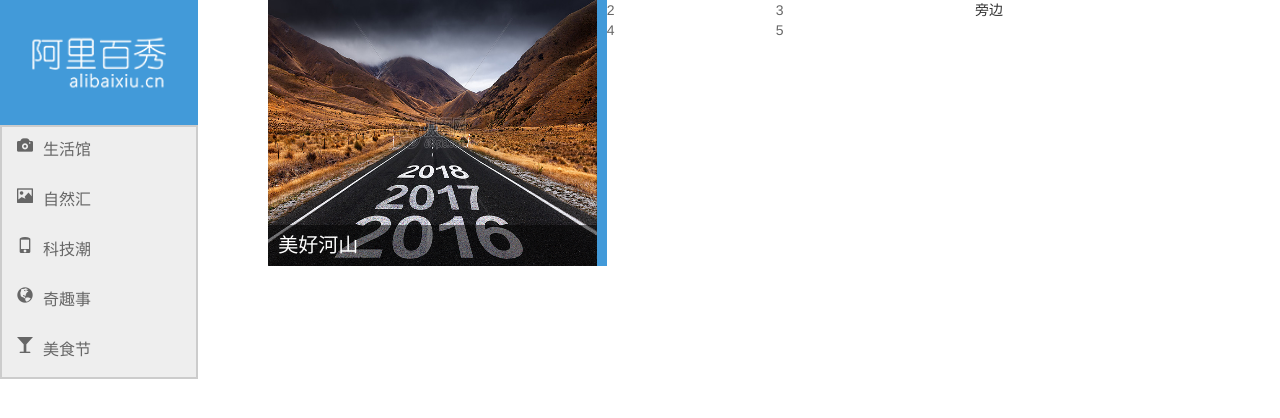
Repository: zhangwen001208/bootstrap-demo
Page: index.html
These files come from the project's save history. The page is drawn as it stood at one moment and after the next save; the edit follows.
The browser window is 1280 px wide. The pictures show the whole page.

Above is the page before, as saved 2022-09-08 10:58:09.

### index.html
<!DOCTYPE html>
<html lang="en">
<head>
    <meta charset="UTF-8">
    <meta http-equiv="X-UA-Compatible" content="IE=edge">
    <meta name="viewport" content="width=device-width, initial-scale=1.0">
    <link rel="stylesheet" href="./bootstrap/css/bootstrap.min.css">
    <link rel="stylesheet" href="./css/index.css">

    <title>Document</title>
</head>
<body>
    <div class="container">
        <div class="row">
            <header class="col-md-2">
                <div class="logo">
                    <img src="./images/logo.png" alt="">
                </div>
                <div class="nav">
                    <ul class="nav flex-column">
                        <li class="nav-item">
                          <a class="nav-link active glyphicon glyphicon-camera" href="#">生活馆</a>
                        </li>
                        <li class="nav-item">
                          <a class="nav-link glyphicon glyphicon-picture" href="#">自然汇</a>
                        </li>
                        <li class="nav-item">
                          <a class="nav-link glyphicon glyphicon-phone" href="#">科技潮</a>
                        </li>
                        <li class="nav-item">
                          <a class="nav-link glyphicon glyphicon-globe ">奇趣事</a>
                        </li>
                        <li class="nav-item">
                            <a class="nav-link glyphicon glyphicon-glass">美食节</a>
                          </li>
                      </ul>
                </div>

            </header>
            <article class="col-md-7">
              <ul class="item">
                <li>
                    <a href="">
                    <img src="./images/news-1.jpg" alt="">
                    <p>美好河山</p>
                    </a>
            </li>
                <li><a href="">2</a></li>
                <li><a href="">3</a></li>
                <li><a href="">4</a></li>
                <li><a href="">5</a></li>
              </ul>

            </article>
            <aside class="col-md-3">
                旁边

            </aside>



        </div>
    </div>

</body>
</html>

### css/index.css

 @media screen and (min-width: 1280px) {
    .container {
        width: 1280px
    }

 }
 ul>li {
    list-style: none;
    text-decoration: none;
 }
 a {
    color: #666;
 }
 a:hover {
    text-decoration: none;
 }
 p{
    margin-bottom: 0;
 }





 header {
    padding-left: 0 !important;

 }
 .logo {
    background-color: #429ad9;


 }
 .logo img {
    width: 100%;

 }
 .nav {
    border: 1px solid #ccc ;
    background-color: #eee;
 }

 .nav-item a {
    display: block;
    font-size: 16px;
    height: 50px;
 }
.nav-item a::before {
    vertical-align: middle;
    padding-right: 10px;
}
.nav-item:hover {
    background-color: #fff !important;
}

.item li {

    float: left;
    width: 25%;

}
.item li a {
    position: relative;
    display: block;
    width: 100%;
    height: 100%;
}


.item li:nth-child(1) {
    width: 50%;
    height: 266px;
    padding-right: 10px;
    background-color: #429ad9;

}
.item li>a img {
    width: 100%;
    height: 100%;

}
.item li>a p {
    position: absolute;
    display: block;
    height: 41px;
    line-height: 41px;
    width: 100%;
    bottom: 0;
    left: 0;
    background: rgba(0, 0, 0, 0.5);
    font-size: 20px;
    padding: 0 10px;
    color: #fff;
}

Loaded but not shown: bootstrap/css/bootstrap.min.css (library)

After the next save:
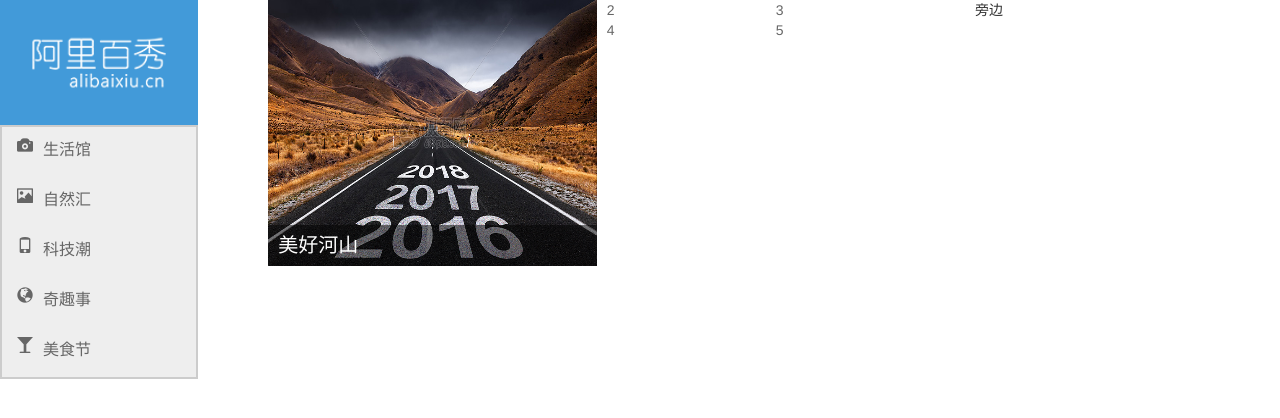
Saved 21 s later.
--- a/css/index.css
+++ b/css/index.css
@@ -72,7 +72,7 @@
     width: 50%;
     height: 266px;
     padding-right: 10px;
-    background-color: #429ad9;
+
 
 }
 .item li>a img {
